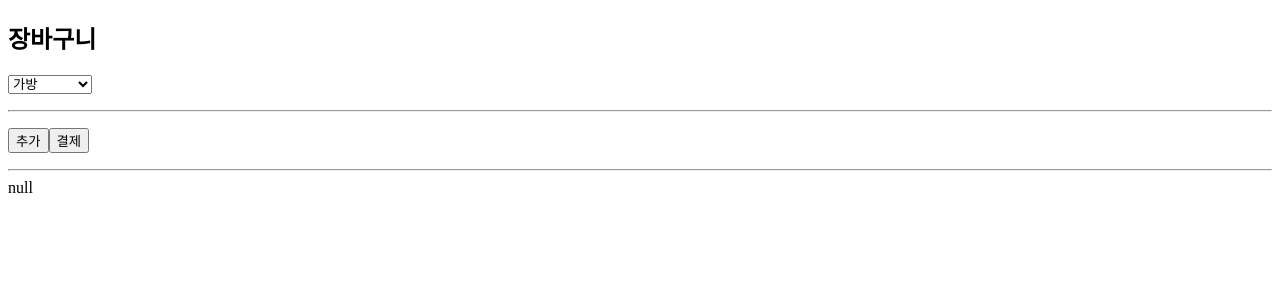
Repository: Blair-Kim/JSP
Page: http://localhost/Day2/7_basket.jsp
The author's editor kept a copy of each file at every save. The page is drawn from the files as they stood at one save, then again after the next save.
The browser window is 1280 px wide. The pictures show the whole page.
The page is served by Tomcat 9.

Above is the page before, as saved 2022-01-13 04:42:53.

After the next save:
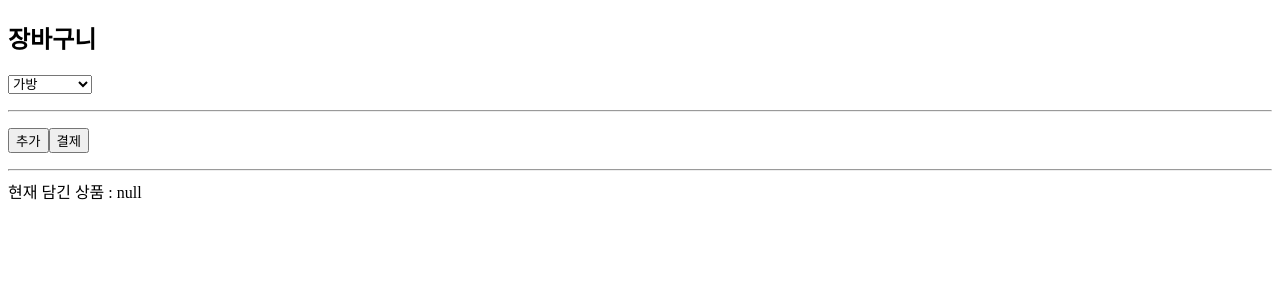
Saved 42 s later.
--- a/Day2/WebContent/7_basket.jsp
+++ b/Day2/WebContent/7_basket.jsp
@@ -29,7 +29,7 @@
 		request.setCharacterEncoding("UTF-8");
 		List list = (List)session.getAttribute("productList");
 		session.setAttribute("productList", list);
-		out.println(list);
+		out.println("현재 담긴 상품 : " + list);
 	%>
 	</form>
 </body>
